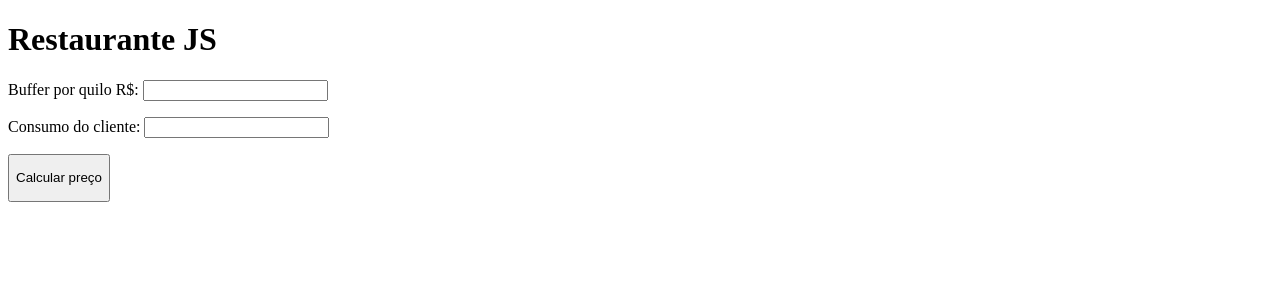
Repository: JhonMercedes/Javascript-book
Page: cap2/ex2_4.html
An editor plug-in stored every save of this project. The page is shown before and after the next save, followed by the edit.
The browser window is 1280 px wide. The pictures show the whole page.

Above is the page before, as saved 2021-12-04 23:33:46.

After the next save:
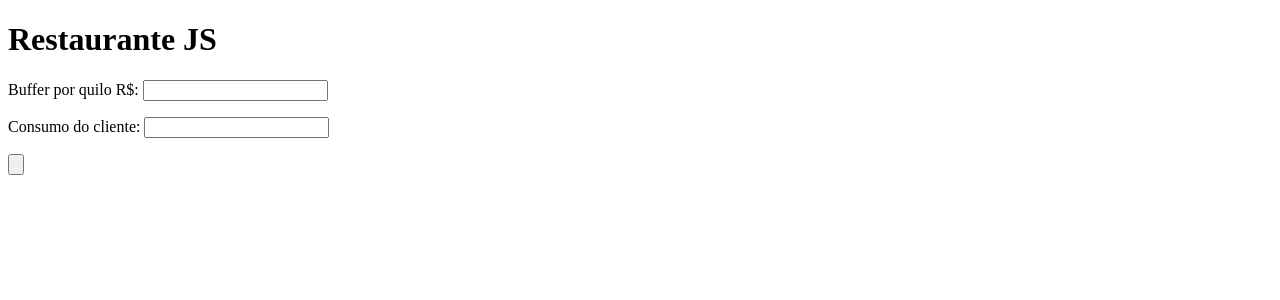
Saved 72 s later.
--- a/cap2/ex2_4.html
+++ b/cap2/ex2_4.html
@@ -14,7 +14,8 @@
     <p>Consumo do cliente:
         <input type="text">
     </p>
-    <button><p>Calcular preço</p></button>
+
+    <input type="button">
 
     <h3></h3>
 </body>
